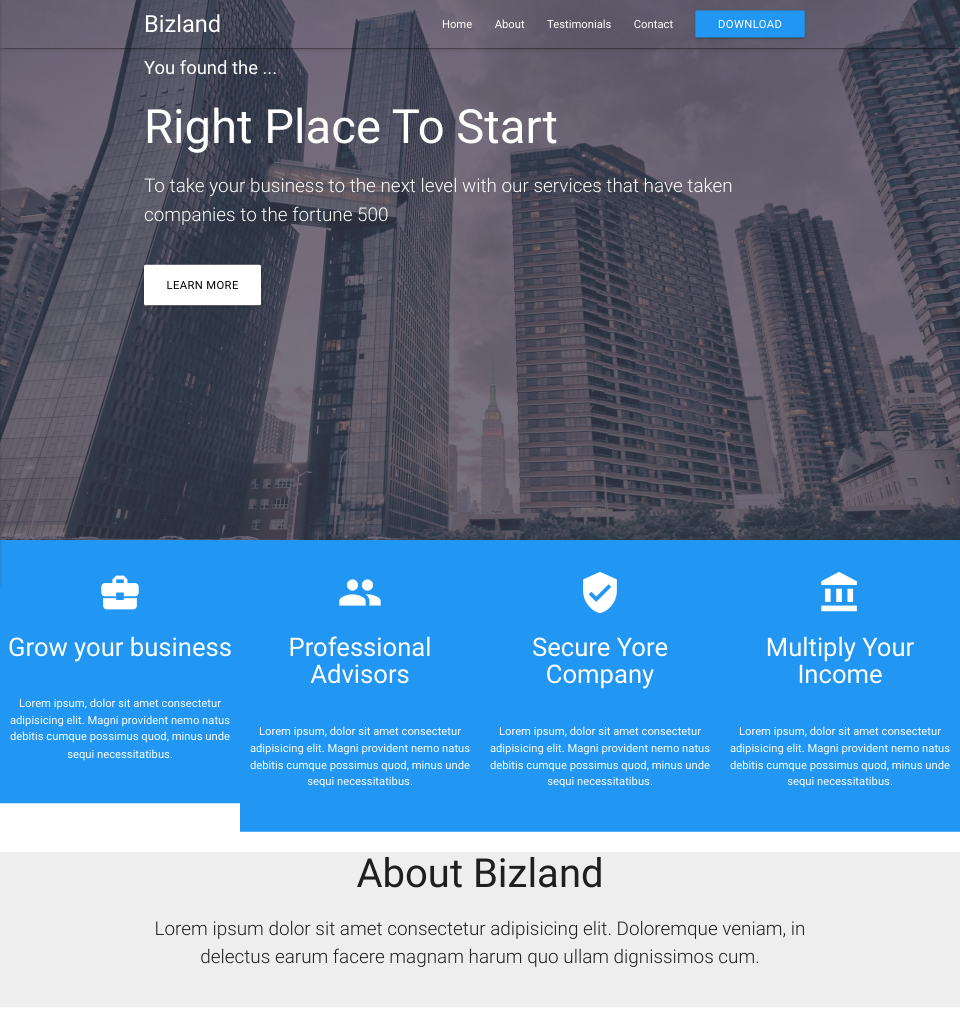
Repository: farrdy/bizland
Page: index.html
An editor plug-in stored every save of this project. The page is shown before and after the next save, followed by the edit.
The browser window is 1280 px wide. The pictures show the whole page, at 75% of full size.
Some web libraries are served in a nearby version.

Above is the page before, as saved 2020-01-05 13:36:28.

After the next save:
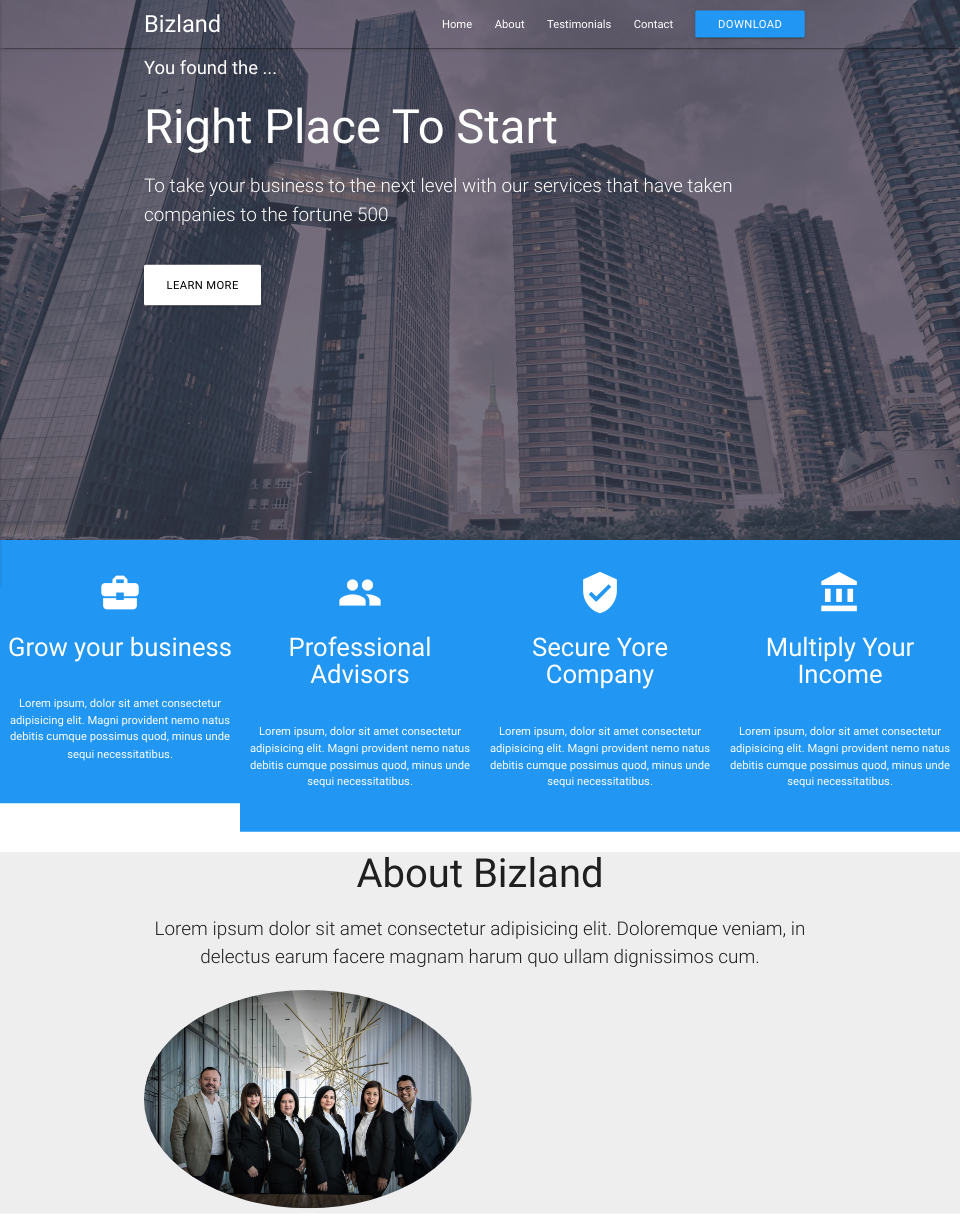
Saved 31 s later.
--- a/index.html
+++ b/index.html
@@ -146,7 +146,7 @@
         </p>
         <div class="row">
           <div class="col s12 m6">
-            <img src="" alt="" class="responsive-img circle" />
+            <img src="img/people.jpg" alt="" class="responsive-img circle" />
           </div>
           <div class="col s12 m6"></div>
         </div>
